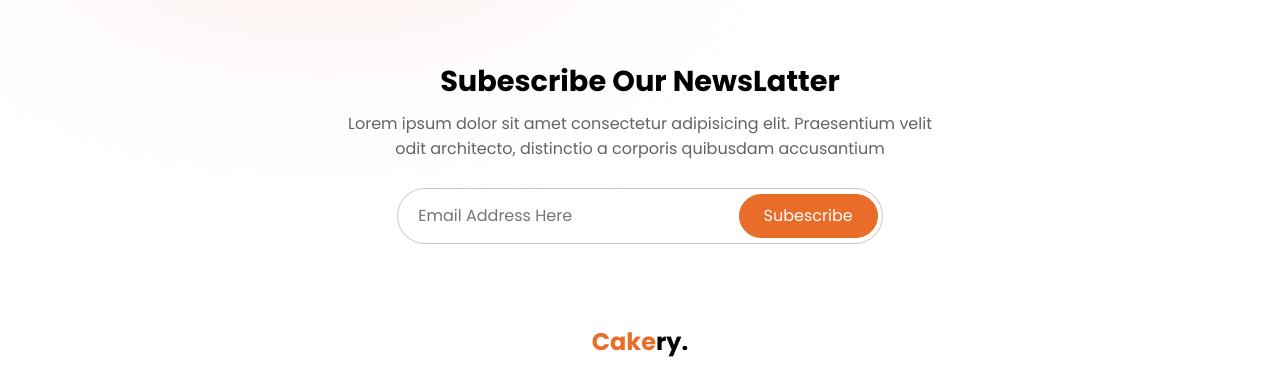
Repository: kingamirhosein100000-maker/cake.shop
Page: index.html
An editor plug-in stored every save of this project. The page is shown before and after a run of saves, followed by the edit.
The browser window is 1280 px wide. The pictures show the part of the page from y = 4552 to 5034 px (the page is 4935 px tall before and 5034 px after).
A picture or video elsewhere on the page could not be fetched, so the positions and the page height are approximate. Some web libraries are served in a nearby version.

Above is the page before, as saved 2026-01-29 16:55:30.

### index.html
<!DOCTYPE html>
<html lang="en">

<head>
    <meta charset="UTF-8">
    <meta name="viewport" content="width=device-width, initial-scale=1.0">
    <title>Bakery Website</title>
    <link rel="stylesheet" href="style.css">
    <link rel="stylesheet" href="https://cdnjs.cloudflare.com/ajax/libs/font-awesome/7.0.1/css/all.min.css" integrity="sha512-2SwdPD6INVrV/lHTZbO2nodKhrnDdJK9/kg2XD1r9uGqPo1cUbujc+IYdlYdEErWNu69gVcYgdxlmVmzTWnetw==" crossorigin="anonymous" referrerpolicy="no-referrer"
    />
</head>

<body>
    <!-- Header Part -->
    <header>
        <nav class="navbar container">
            <div class="logo">
                <a class="logo-txt" href="#">
                        Cake<span>ry.</span>
                    </a>

            </div>
            <ul class="navlist">
                <li>
                    <a href="#" class="navlinks active">
                            Home
                        </a>
                </li>
                <li>
                    <a href="#" class="navlinks">
                            About
                        </a>
                </li>
                <li>
                    <a href="#" class="navlinks">
                            Menu
                        </a>
                </li>
                <li>
                    <a href="#" class="navlinks">
                            Restaurent
                        </a>
                </li>
                <li>
                    <a href="#" class="navlinks">
                            Order
                        </a>
                </li>
                <li>
                    <a href="#" class="navlinks">
                            Contact
                        </a>
                </li>

            </ul>
            <div class="nav-icons">
                <a href="#" class="icons-link">
                    <i class="fa-solid  fa-user"></i>
                </a>
                <a href="#" class="icons-link">
                    <i class="fa-solid fa-shopping-cart"></i>

                </a>
            </div>
            <div class="hamburger">
                <div class="burger"></div>
                <div class="burger"></div>
                <div class="burger"></div>
            </div>
        </nav>
    </header>
    <!-- Section Parts -->
    <main>

        <!-- /* hero-section */ -->

        <section class="hero-section container">
            <div class="content">
                <div class="whatch">
                    <a href="#" class="icons-link">
                        <i class="fa-solid fa-play"></i>
                    </a>
                    <h3>Watch Video</h3>
                </div>
                <h1>The Perfect Baked Cake Everyday!</h1>
                <p>Lorem ipsum dolor sit, amet consectetur adipisicing elit. Facere laborum quaerat beatae molestiae explicabo asperiores, fugit harum quibusdam sit nesciunt illo.</p>
                <div class="btn-continer">
                    <button>Read More</button>
                    <button data-type="borderd-btn">Order Now</button>
                </div>
            </div>
            <div class="img-conteiner">
                <img src="img/cake.png" alt="عکس کیک ">
            </div>
        </section>
        <!-- Store section -->
        <section class="other-section container">
            <div class="column-canteiner">
                <h2>Welcome To Our Store</h2>
                <p data-type="centerd-txt">Lorem ipsum dolor sit amet consectetur adipisicing elit. Necessitatibus sit earum porro at! Officia, repellat. Modi, tempore minima.</p>
                <div class="card-conteiner">
                    <div class="card" data-type="category">
                        <img src="img/pastery.png">
                        <h3>Cake</h3>
                    </div>
                    <div class="card" data-type="category">
                        <img src="img/sandwich.png">
                        <h3>Sandwich</h3>
                    </div>
                    <div class="card" data-type="category">
                        <img src="img/cookie.png">
                        <h3>Cookie</h3>
                    </div>
                    <div class="card" data-type="category">
                        <img src="img/bread.png">
                        <h3>Bread</h3>
                    </div>
                </div>
            </div>
            </div>
        </section>
        <!-- About section -->
        <section class="other-section container">
            <div class="row-container">
                <div class="image-container">
                    <img src="img/cupcake.jpg">
                </div>


                <div class="content">
                    <h2>About<br> Cakery Bakery</h2>
                    <p>Lorem ipsum dolor sit amet, consectetur adipisicing elit. Laboriosam, necessitatibus nisi nemo, libero molestiae quas quibusdam incidunt voluptate adipisci consequatur ducimus autem</p>
                    <p>Lorem ipsum dolor sit amet consectetur adipisicing elit. Amet quidem rerum maiores quae saepe</p>
                    <button>Read More</button>
                </div>
            </div>
        </section>
        <!-- Featured Food -->

        <section class="other-section container">
            <div class="column-canteiner">
                <h2>Our Featured</h2>
                <p data-type="centerd-txt">Lorem ipsum dolor sit amet consectetur adipisicing elit. Praesentium velit odit architecto, distinctio a corporis quibusdam accusantium tempora </p>



                <div class="card-conteiner">
                    <div class="card" data-type="item">
                        <div class="image-part">
                            <img src="img/birthday cake.jpg">
                        </div>
                        <div class="detail">
                            <h4>$10.00</h4>
                            <h4>Birthday cake</h4>
                        </div>
                    </div>
                    <div class="card" data-type="item">
                        <div class="image-part">
                            <img src="img/muffins.jpg">
                        </div>
                        <div class="detail">
                            <h4>$17.00</h4>
                            <h4>muffins</h4>
                        </div>
                    </div>
                    <div class="card" data-type="item">
                        <div class="image-part">
                            <img src="img/waffles.jpg">
                        </div>
                        <div class="detail">
                            <h4>$19.00</h4>
                            <h4>waffles</h4>
                        </div>
                    </div>
                    <div class="card" data-type="item">
                        <div class="image-part">
                            <img src="img/pancake.jpg">
                        </div>
                        <div class="detail">
                            <h4>$25.00</h4>
                            <h4>pancake</h4>
                        </div>
                    </div>

                </div>



                <div class="card-conteiner">
                    <div class="card" data-type="item">
                        <div class="image-part">
                            <img src="img/piece cake.jpg">
                        </div>
                        <div class="detail">
                            <h4>$18.00</h4>
                            <h4> detail</h4>
                        </div>
                    </div>
                    <div class="card" data-type="item">
                        <div class="image-part">

                            <img src="img/cookies.jpg">
                        </div>
                        <div class="detail">
                            <h4>$16.00</h4>
                            <h4>cookies</h4>
                        </div>
                    </div>
                    <div class="card" data-type="item">
                        <div class="image-part">
                            <img src="img/raspberry cake.jpg">
                        </div>
                        <div class="detail">
                            <h4>$67.00</h4>
                            <h4>raspberry cake</h4>
                        </div>
                    </div>
                    <div class="card" data-type="item">
                        <div class="image-part">
                            <img src="img/donut.jpg">
                        </div>
                        <div class="detail">
                            <h4>$90.00</h4>
                            <h4>donut</h4>
                        </div>
                    </div>
                </div>
            </div>
        </section>
        <!-- App section -->
        <section class="other-section container">
            <div class="row-container">
                <div class="content">
                    <h2>App Is Soon <br> On App Store</h2>
                    <p>Lorem ipsum dolor sit, amet consectetur adipisicing elit. Consequuntur omnis sequi in fugiat iusto laborum, delectus magnam eum! Aspernatur quaerat ex excepturi.</p>
                    <div class="app-img">
                        <img src="img/app store.png" alt="App Store">
                        <img class="qqqq" src="img/play store.png" alt="Google Play">
                    </div>


                </div>
                <div class="img-conteiner">
                    <img src="img/bakery app.png">
                </div>
            </div>
        </section>
        <!-- Best Food section -->
        <section class="other-seimction container">
            <div class="row-container">
                <div class="img-conteiner">
                    <img src="img/creamy pancake.png">
                </div>
                <div class="content">
                    <h2>Best Sell <br> In This Week!</h2>
                    <div class="rating">
                        <h4>$15.00</h4>
                        <img src="img/five star ok.png">
                    </div>
                    <p>Lorem ipsum dolor sit, amet consectetur adipisicing elit. Commodi, libero soluta! Quia nostrum unde corrupti ratione quibusdam dolores sed, voluptatum aliquid possimus!</p>
                    <p>Lorem ipsum dolor sit amet, consectetur adipisicing elit. Voluptate cum mollitia culpa ullam numquam.</p>
                    <button>Buy Now</button>


                </div>
            </div>
        </section>
        <!-- NewsLatter section -->
        <section class="other-section container">
            <div class="column-canteiner">
                <h2>Subescribe Our NewsLatter</h2>
                <p data-type="centerd-txt">Lorem ipsum dolor sit amet consectetur adipisicing elit. Praesentium velit odit architecto, distinctio a corporis quibusdam accusantium</p>

                <form class="form-canteiner">
                    <input type="email" name="email" id="email" autocomplete="off" placeholder="Email Address Here">
                    <input type="submit" value="Subescribe" class="form-btn">
                </form>
            </div>
        </section>
    </main>
    <!-- Footer Parts -->
    <footer>
<div class="column-canteiner container">
    <div class="column">
        <div class="logo">
                            <a class="logo-txt" href="#">
                        Cake<span>ry.</span>
                    </a>
        </div>
        <p></p>
    </div>
    <div class="column"></div>
    <div class="column"></div>
    <div class="column"></div>
    <div class="column"></div>
</div>
    </footer>
    <script src=" main.js "></script>
</body>

</html>

### style.css
                    @import url('https://fonts.googleapis.com/css2?family=Open+Sans:ital,wght@0,300..800;1,300..800&family=Poppins:ital,wght@0,100;0,200;0,300;0,400;0,500;0,600;0,700;0,800;0,900;1,100;1,200;1,300;1,400;1,500;1,600;1,700;1,800;1,900&family=Roboto:ital,wght@0,100..900;1,100..900&display=swap');
                    * {
                        margin: 0;
                        padding: 0;
                        box-sizing: border-box;
                        font-family: "Poppins", sans-serif;
                    }

                     :root {
                        --orange-clr: #E96C28;
                        --white-clr: #FFF;
                        --black-clr: #000;
                        --gray-clr: #636363;
                        --light-clr: #C4C4C4;
                        --dawn-pink: #FAE7E5;
                        --frosted-mint: #DCFEF9;
                    }
                    /* Header Parts */

                    .logo-txt {
                        font-size: 1.5rem;
                        color: var(--orange-clr);
                        font-weight: bold;
                    }

                    a {
                        text-decoration: none;
                    }

                    span {
                        color: var(--black-clr);
                    }

                    .navlist {
                        display: flex;
                        align-items: center;
                        gap: 2rem;
                    }

                    li {
                        list-style: none;
                    }

                    .navlinks {
                        color: var(--black-clr);
                        font-weight: 500;
                    }

                    .active,
                    .navlinks:hover {
                        color: var(--orange-clr);
                        transition: 0.4s;
                    }



                    .icons-link {
                        background: var(--orange-clr);
                        width: 2.3rem;
                        aspect-ratio: 1;
                        border-radius: 50%;
                        margin-right: .5rem;
                        display: inline-block;
                        text-align: center;
                        line-height: 2.3rem;
                        transition: .3s ease-in-out;
                    }

                    .icons-link:hover {
                        transform: translateY(-10%);
                    }

                    .fa-solid {
                        font-size: 1.1rem;
                        color: var(--white-clr);
                    }

                    header {
                        height: 13vh;

                    }

                    .navbar {
                        display: flex;
                        justify-content: space-between;
                        align-items: center;
                        height: 100%;

                    }

                    .container {
                        width: 80%;
                        margin: auto;
                    }

                    .hamburger {
                        cursor: pointer;
                        display: none;
                    }

                    .burger {
                        background: var(--black-clr);
                        width: 2.3rem;
                        height: .25rem;
                        margin: .3rem;
                        border-radius: 2rem;
                    }
                    /* Section Parts */
                    /* hero-section */

                    .hero-section {
                        height: calc(100vh - 13vh);
                        display: flex;
                        justify-content: space-between;
                        align-items: center;
                    }

                    .content {
                        flex: 1;
                    }

                    .img-conteiner {
                        flex: 1;
                        position: relative;
                    }

                    .img-conteiner::before {
                        content: '';
                        position: absolute;
                        top: 50%;
                        right: 0;
                        background: var(--dawn-pink);
                        width: 35rem;
                        height: 30vh;
                        border-radius: 50%;
                        z-index: -1;
                        filter: blur(100px);
                    }

                    img {
                        max-width: 100%;
                        height: auto;
                    }

                    h1 {
                        font-size: 3.5rem;
                        line-height: 4rem;
                        margin-top: 1rem;
                    }

                    .whatch {
                        display: flex;
                        align-items: center;
                        gap: .5rem;
                    }

                    p {
                        color: var(--gray-clr);
                        margin-block: 1.5rem;
                        max-width: 500px;
                    }

                    .btn-continer {
                        display: flex;
                        gap: 1.5rem;
                    }

                    button,
                    .form-btn {
                        background: var(--orange-clr);
                        color: var(--white-clr);
                        border: .1rem solid var(--orange-clr);
                        padding: .55rem 1.5rem;
                        border-radius: 5rem;
                        font-size: 1rem;
                    }

                    [data-type='borderd-btn'] {
                        background: transparent;
                        color: var(--orange-clr);
                    }
                    /* <!-- Store section --> */

                    .other-section {
                        padding-block: 5rem;
                    }

                    .row-conteiner {
                        display: flex;
                        flex-direction: row;
                        justify-content: center;
                        align-items: center;
                        gap: 5rem;
                    }

                    .column-canteiner {
                        display: flex;
                        flex-direction: column;
                        justify-content: center;
                        align-items: center;
                    }

                    h2 {
                        font-size: 1.8rem;
                    }

                    [ data-type="centerd-txt"] {
                        text-align: center;
                        max-width: 600px;
                        margin-block: .5em;
                    }

                    .card-conteiner {
                        display: flex;
                        justify-content: center;
                        align-items: center;
                        flex-wrap: wrap;
                        gap: 2rem;
                        margin-top: 2rem;
                    }

                    .card {
                        width: 15rem;
                        text-align: center;
                        border-radius: 1rem;
                        box-shadow: rgba(0, 0, 0, 0.16) 0px 1px 4px;
                        transition: .2s ease-in-out;
                    }

                    .card:hover {
                        box-shadow: rgba(50, 50, 93, 0.25) 0px 13px 27px -5px, rgba(0, 0, 0, .3) 0px 8px 16px -8px;
                    }

                    .row-container {
                        display: flex;
                        flex-direction: row;
                        justify-content: space-between;
                        align-items: center;
                        gap: 4.5rem;
                    }
                    /* <!-- Featured Food --> */

                    h4 {
                        font-weight: 600;
                    }

                    [ data-type="category"] {
                        padding-block: 2.5rem;
                    }

                    [data-type="item"] {
                        padding-bottom: 1.5rem;
                        overflow: hidden;
                    }

                    .image-part img {
                        width: 100%;
                        height: 100%;
                        object-fit: cover;
                    }

                    .detail {
                        margin-top: 1rem;
                    }
                    /* <!-- App section --> */

                    .app-img {
                        display: flex;
                        gap: 1rem;
                        width: 100%;
                        height: 4rem;
                    }

                    .app-img img {
                        width: 180px;
                        /* هم‌سایز */
                        height: 55px;
                        object-fit: contain;
                        border-radius: 12px;
                        /* گوشه‌های گرد */
                        background: #000;
                        /* برای PNG شفاف */
                        padding: 6px 10px;
                        transition: all 0.3s ease;
                    }
                    /* افکت هاور */

                    .app-img img:hover {
                        transform: translateY(-3px);
                        box-shadow: 0 10px 25px rgba(0, 0, 0, 0.25);
                        cursor: pointer;
                    }
                    /* <!-- Best Food section --> */

                    .rating img {
                        width: 6rem;
                    }

                    .rating h4 {
                        color: var(--orange-clr);
                        font-size: 1.3rem;
                    }

                    .rating {
                        display: flex;
                        align-items: center;
                        gap: 2rem;
                        margin-top: 1rem;
                    }
                    /* <!-- NewsLatter section --> */

                    .form-canteiner {
                        margin-top: 1.2rem;
                        border: .02rem solid var(--light-clr);
                        height: 3.5rem;
                        border-radius: 5rem;
                        padding: .25rem;
                    }

                    input[type="email"] {
                        height: 100%;
                        border-radius: 5rem 0 0 5rem;
                        border: none;
                        font-size: 1rem;
                        padding-left: 1rem;
                    }

                    input:focus {
                        outline: none;
                    }

Loaded but not shown: main.js (no stored copy; drawn as an empty file)

After the next 2 saves:
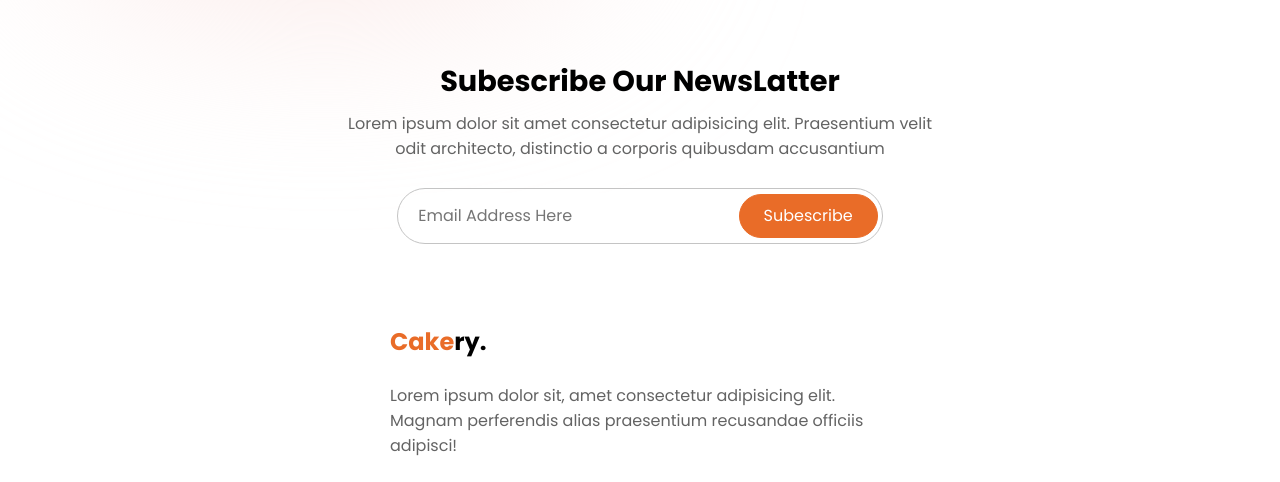
The 2 saves are shown as one change because they came seconds apart.
The last was saved 9 s later.
--- a/index.html
+++ b/index.html
@@ -287,7 +287,7 @@
                         Cake<span>ry.</span>
                     </a>
         </div>
-        <p></p>
+        <p>Lorem ipsum dolor sit, amet consectetur adipisicing elit. Magnam perferendis alias praesentium recusandae officiis adipisci!</p>
     </div>
     <div class="column"></div>
     <div class="column"></div>
